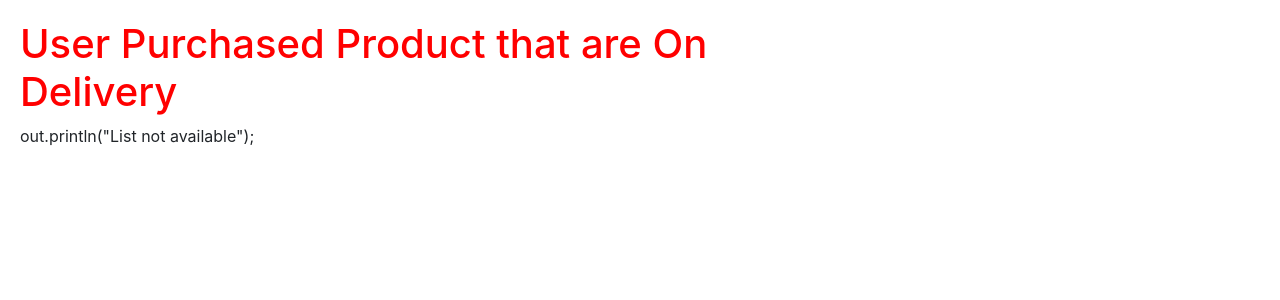
Repository: piyushj81/ComputerShop
Page: http://localhost/computershop/shopproductcontroller
The author's editor kept a copy of each file at every save. The page is drawn from the files as they stood at one save, then again after the next save.
The browser window is 1280 px wide. The pictures show the whole page.
The page is served by Tomcat 9. Other server files are loaded and not shown. Queries for data that is not in the repository find no rows.

Above is the page before, as saved 2021-10-15 10:56:47.

### computershop/WebContent/usershoppingdetails.jsp
<%@page import="com.shop.dto.Admin"%>
<%@page import="java.sql.DriverManager"%>
<%@page import="java.sql.Connection"%>
<%@page import="java.sql.PreparedStatement"%>
<%@page import="java.sql.ResultSet"%>
<%@page import="com.shop.dto.Customer"%>
<%@page import="com.shop.dto.Cart"%>
<%@page import="java.util.ArrayList"%>
<%@ page language="java" contentType="text/html; charset=ISO-8859-1"
    pageEncoding="ISO-8859-1"%>
<!DOCTYPE html>
<html>
<head>
<meta charset="ISO-8859-1">

<link rel="stylesheet" href="computershop.css">
<link rel="stylesheet"
	href="https://cdnjs.cloudflare.com/ajax/libs/font-awesome/4.7.0/css/font-awesome.min.css">
<link rel="stylesheet"
	href="https://cdn.jsdelivr.net/npm/bootstrap@4.5.3/dist/css/bootstrap.min.css"
	integrity="sha384-TX8t27EcRE3e/ihU7zmQxVncDAy5uIKz4rEkgIXeMed4M0jlfIDPvg6uqKI2xXr2"
	crossorigin="anonymous">
<script src="https://code.jquery.com/jquery-3.5.1.slim.min.js"
	integrity="sha384-DfXdz2htPH0lsSSs5nCTpuj/zy4C+OGpamoFVy38MVBnE+IbbVYUew+OrCXaRkfj"
	crossorigin="anonymous"></script>
<script
	src="https://cdn.jsdelivr.net/npm/bootstrap@4.5.3/dist/js/bootstrap.bundle.min.js"
	integrity="sha384-ho+j7jyWK8fNQe+A12Hb8AhRq26LrZ/JpcUGGOn+Y7RsweNrtN/tE3MoK7ZeZDyx"
	crossorigin="anonymous"></script>

<title>Shopping Details</title>
</head>
<body>

<h1 style="color:red;" >User Purchased Product that are On Delivery</h1>


<%
ArrayList<Admin> list2 = (ArrayList<Admin>) request.getAttribute("LIST");

		if (!(list2 != null) || !(list2.isEmpty())) {



		%>
			<table style="width:175%;text-align:center; color:yellow;"    class="table table-hover table-dark "   >
	<tr>
		<th>Product ID</th>
		<th>Phone</th>
		<th>Customer Name </th>
		<th>Pic</th>
		<th>Product Name</th>
		<th>Model</th>
		<th>Price</th>
		<th>Address</th>
		<th>City</th>
		<th>State</th>
		<th>Delete</th>

	</tr>
	<%
	for (Admin a : list2 ) {
	%>

	<tr>

		<td><%=a.getId() %></td>
		<td><%=a.getPhone() %></td>
		<td><%=a.getCname() %></td>
		<td> <img alt="" src="<%=a.getPic() %>" style ="max-height:50%; max-width:70%"> </td>
		<td><%=a.getPname() %></td>
		<td><%=a.getModel() %></td>
		<td><%=a.getPrice()  %></td>
		<td><%=a.getAddress() %></td>
		<td><%=a.getCity() %></td>
		<td><%=a.getState()%></td>
		<td><a class="btn btn-warning" href="deleteadminuser?cname=<%=a.getCname()%>&phone=<%=a.getPhone()%>" onclick="return confirm('Are you sure, Do you want to delete ')">DELETE ITEM</a></td>

</tr>

<%}	%>

</table>



	<%
}else {  %>
out.println("List not available");





<% }%>


</body>
</html>

### computershop/src/com/computershop/controller/shopproductcontroller.java
package com.computershop.controller;

import java.io.IOException;
import java.util.ArrayList;

import javax.servlet.RequestDispatcher;
import javax.servlet.ServletException;
import javax.servlet.annotation.WebServlet;
import javax.servlet.http.HttpServlet;
import javax.servlet.http.HttpServletRequest;
import javax.servlet.http.HttpServletResponse;

import com.shop.dto.Admin;

import com.shop.modeldao.CustomerModel;
@WebServlet("/shopproductcontroller")
public class shopproductcontroller extends HttpServlet {
	private static final long serialVersionUID = 1L;
	protected void doGet(HttpServletRequest request, HttpServletResponse response) throws ServletException, IOException {
		CustomerModel model = new CustomerModel();

		ArrayList<Admin> list  =	model.getshoppingDetails();
		RequestDispatcher rd = request.getRequestDispatcher("usershoppingdetails.jsp");
			request.setAttribute("LIST", list);
			rd.forward(request, response);


	}

	protected void doPost(HttpServletRequest request, HttpServletResponse response) throws ServletException, IOException {



	}

}

### computershop/src/com/shop/modeldao/CustomerModel.java
package com.shop.modeldao;

import java.sql.Connection;
import java.sql.DriverManager;
import java.sql.PreparedStatement;
import java.sql.ResultSet;
import java.util.ArrayList;

import com.shop.dto.Admin;
import com.shop.dto.Cart;
import com.shop.dto.Customer;
import com.shop.dto.Form;
import com.shop.dto.Product;
import com.shop.dto.Shop;

public class CustomerModel {
	public static Connection createConnection() {
		Connection con = null;

		try {

			Class.forName("com.mysql.jdbc.Driver");
			con = DriverManager.getConnection("jdbc:mysql://localhost:3306/shop", "root", "root");

		} catch (Exception e) {
			e.printStackTrace();

		}

		return con;

	}

	public int checkCustomerlogin(String user, String password) {
		Connection con = null;
		int i = 0;
		try {
			con = createConnection();
			PreparedStatement ps = con.prepareStatement("select * from customerlogin where username=? and password=?");
			ps.setString(1, user);
			ps.setString(2, password);
			ResultSet rs = ps.executeQuery();
			if (rs.next()) {
				i = 1;
			}
		} catch (Exception e) {
			e.printStackTrace();
		}
		return i;

	}

	public int admitCustomer(Customer cst) {
		int i = 0;
		Connection con = null;
		try {
			con = createConnection();
			PreparedStatement ps = con.prepareStatement("insert into customerlogin values(?, ?, ?)");
			ps.setString(1, cst.getPhone());
			ps.setString(2, cst.getName());
			ps.setString(3, cst.getPassword());
			i = ps.executeUpdate();

		} catch (Exception e) {
			e.printStackTrace();

		}

		return i;
	}

	public int checkadminlogin(String adminusername, String pwd) {
		int i = 0;
		Connection con = null;

		try {
			con = createConnection();
			PreparedStatement ps = con
					.prepareStatement("select * from adminlogin where adminusername=? and password=?");
			ps.setString(1, adminusername);
			ps.setString(2, pwd);
			ResultSet rs = ps.executeQuery();
			if (rs.next()) {
				i = 1;
			}
		} catch (Exception e) {
			e.printStackTrace();
		}

		return i;
	}

	public ArrayList<Product> getmouseDetails() {
		ArrayList<Product> list = new ArrayList<Product>();
		try {
			Connection con = createConnection();
			PreparedStatement ps = con.prepareStatement("select * from mouse");
			ResultSet rs = ps.executeQuery();
			while (rs.next()) {
				Product pt = new Product(rs.getString("id"), rs.getString("pname"), rs.getInt("model"),
						rs.getString("price"), rs.getString("pic"));
				list.add(pt);

			}

		} catch (Exception e) {
			e.printStackTrace();
		}

		return list;
	}

	public Product selectdatafrommouseincart(String id, String phone) {
		Product pt = null;
		Connection con = null;

		try {
			con = createConnection();

			PreparedStatement ps = con.prepareStatement("select * from mouse where id=?");
			ps.setString(1, id);

			ResultSet rs = ps.executeQuery();
			if (rs.next()) {
				pt = new Product(rs.getString("id"), rs.getString("pname"), rs.getInt("model"), rs.getString("price"),
						rs.getString("pic"));

			}
		} catch (Exception e) {
			e.printStackTrace();

		}
		return pt;
	}

	public int insertproductdata(Product pt, String id, String phone) {

		int i = 0;
		Connection con = null;
		try {
			con = createConnection();
			PreparedStatement ps = con.prepareStatement("insert into cart values(?,?,?,?,?,?)");
			ps.setString(1, phone);
			ps.setString(2, id);
			ps.setString(3, pt.getPname());
			ps.setInt(4, pt.getModel());
			ps.setString(5, pt.getPrice());
			ps.setString(6, pt.getPic());
			i = ps.executeUpdate();

		} catch (Exception e) {
			e.printStackTrace();

		}

		return i;
	}

	public ArrayList<Product> getusercartdetail(String phone) {
		Product pt = null;
		ArrayList<Product> list1 = new ArrayList<Product>();
		Connection con = null;
		try {
			con = createConnection();
			PreparedStatement ps = con.prepareStatement("select * from cart where phone=?");
			ps.setString(1, phone);
			ResultSet rs = ps.executeQuery();
			while (rs.next()) {

				pt = new Product(rs.getString("id"), rs.getString("pname"), rs.getInt("model"), rs.getString("price"),
						rs.getString("pic"));

				list1.add(pt);
			}

		} catch (Exception e) {
			e.printStackTrace();

		}
		return list1;
	}

	public int deleteitem(String id) {
		Connection con = null;
		int i = 0;
		try {
			con = createConnection();
			PreparedStatement ps = con.prepareStatement("delete  from cart where id=?");
			ps.setString(1, id);
			i = ps.executeUpdate();

		} catch (Exception e) {
			e.printStackTrace();
		}
		return i;
	}

	public ArrayList<Product> getusercartdetails(String phone) {
		Product pt = null;
		ArrayList<Product> list1 = new ArrayList<Product>();
		Connection con = null;
		try {
			con = createConnection();
			PreparedStatement ps = con.prepareStatement("select * from cart where phone=?");
			ps.setString(1, phone);
			ResultSet rs = ps.executeQuery();
			while (rs.next()) {

				pt = new Product(rs.getString("id"), rs.getString("pname"), rs.getInt("model"), rs.getString("price"),
						rs.getString("pic"));

				list1.add(pt);
			}

		} catch (Exception e) {
			e.printStackTrace();

		}
		return list1;
	}

	public ArrayList<Product> getmotherboardDetails() {
		ArrayList<Product> list = new ArrayList<Product>();
		try {
			Connection con = createConnection();
			PreparedStatement ps = con.prepareStatement("select * from motherboard");
			ResultSet rs = ps.executeQuery();
			while (rs.next()) {
				Product pt = new Product(rs.getString("id"), rs.getString("pname"), rs.getInt("model"),
						rs.getString("price"), rs.getString("pic"));
				list.add(pt);

			}

		} catch (Exception e) {
			e.printStackTrace();
		}

		return list;
	}

	public Product selectdatafrommotherboardincart(String id, String phone) {
		Product pt = null;
		Connection con = null;

		try {
			con = createConnection();

			PreparedStatement ps = con.prepareStatement("select * from motherboard where id=?");
			ps.setString(1, id);

			ResultSet rs = ps.executeQuery();
			if (rs.next()) {
				pt = new Product(rs.getString("id"), rs.getString("pname"), rs.getInt("model"), rs.getString("price"),
						rs.getString("pic"));

			}
		} catch (Exception e) {
			e.printStackTrace();

		}
		return pt;
	}

	public ArrayList<Product> getcpuDetails() {
		ArrayList<Product> list = new ArrayList<Product>();
		try {
			Connection con = createConnection();
			PreparedStatement ps = con.prepareStatement("select * from cpu");
			ResultSet rs = ps.executeQuery();
			while (rs.next()) {
				Product pt = new Product(rs.getString("id"), rs.getString("pname"), rs.getInt("model"),
						rs.getString("price"), rs.getString("pic"));
				list.add(pt);

			}

		} catch (Exception e) {
			e.printStackTrace();
		}

		return list;
	}

	public Product selectdatafromcpuincart(String id, String phone) {
		Product pt = null;
		Connection con = null;

		try {
			con = createConnection();

			PreparedStatement ps = con.prepareStatement("select * from cpu where id=?");
			ps.setString(1, id);

			ResultSet rs = ps.executeQuery();
			if (rs.next()) {
				pt = new Product(rs.getString("id"), rs.getString("pname"), rs.getInt("model"), rs.getString("price"),
						rs.getString("pic"));

			}
		} catch (Exception e) {
			e.printStackTrace();

		}
		return pt;
	}

	public ArrayList<Product> getmonitorDetails() {
		ArrayList<Product> list = new ArrayList<Product>();
		try {
			Connection con = createConnection();
			PreparedStatement ps = con.prepareStatement("select * from monitor");
			ResultSet rs = ps.executeQuery();
			while (rs.next()) {
				Product pt = new Product(rs.getString("id"), rs.getString("pname"), rs.getInt("model"),
						rs.getString("price"), rs.getString("pic"));
				list.add(pt);

			}

		} catch (Exception e) {
			e.printStackTrace();
		}

		return list;
	}

	public Product selectdatafrommonitorincart(String id, String phone) {
		Product pt = null;
		Connection con = null;

		try {
			con = createConnection();

			PreparedStatement ps = con.prepareStatement("select * from monitor where id=?");
			ps.setString(1, id);

			ResultSet rs = ps.executeQuery();
			if (rs.next()) {
				pt = new Product(rs.getString("id"), rs.getString("pname"), rs.getInt("model"), rs.getString("price"),
						rs.getString("pic"));

			}
		} catch (Exception e) {
			e.printStackTrace();

		}
		return pt;


	}

	public ArrayList<Product> getfanDetails() {
		ArrayList<Product> list = new ArrayList<Product>();
		try {
			Connection con = createConnection();
			PreparedStatement ps = con.prepareStatement("select * from fan");
			ResultSet rs = ps.executeQuery();
			while (rs.next()) {
				Product pt = new Product(rs.getString("id"), rs.getString("pname"), rs.getInt("model"),
						rs.getString("price"), rs.getString("pic"));
				list.add(pt);

			}

		} catch (Exception e) {
			e.printStackTrace();
		}

		return list;
	}

	public Product selectdatafromfanincart(String id, String phone) {
		Product pt = null;
		Connection con = null;

		try {
			con = createConnection();

			PreparedStatement ps = con.prepareStatement("select * from fan where id=?");
			ps.setString(1, id);

			ResultSet rs = ps.executeQuery();
			if (rs.next()) {
				pt = new Product(rs.getString("id"), rs.getString("pname"), rs.getInt("model"), rs.getString("price"),
						rs.getString("pic"));

			}
		} catch (Exception e) {
			e.printStackTrace();

		}
		return pt;




	}

	public ArrayList<Product> getramDetails() {
		ArrayList<Product> list = new ArrayList<Product>();
		try {
			Connection con = createConnection();
			PreparedStatement ps = con.prepareStatement("select * from ram");
			ResultSet rs = ps.executeQuery();
			while (rs.next()) {
				Product pt = new Product(rs.getString("id"), rs.getString("pname"), rs.getInt("model"),
						rs.getString("price"), rs.getString("pic"));
				list.add(pt);

			}

		} catch (Exception e) {
			e.printStackTrace();
		}

		return list;
	}

	public Product selectdatafromramincart(String id, String phone) {
		Product pt = null;
		Connection con = null;

		try {
			con = createConnection();

			PreparedStatement ps = con.prepareStatement("select * from ram where id=?");
			ps.setString(1, id);

			ResultSet rs = ps.executeQuery();
			if (rs.next()) {
				pt = new Product(rs.getString("id"), rs.getString("pname"), rs.getInt("model"), rs.getString("price"),
						rs.getString("pic"));

			}
		} catch (Exception e) {
			e.printStackTrace();

		}
		return pt;





			}

	public ArrayList<Product> getkeyboardDetails() {
		ArrayList<Product> list = new ArrayList<Product>();
		try {
			Connection con = createConnection();
			PreparedStatement ps = con.prepareStatement("select * from keyboard");
			ResultSet rs = ps.executeQuery();
			while (rs.next()) {
				Product pt = new Product(rs.getString("id"), rs.getString("pname"), rs.getInt("model"),
						rs.getString("price"), rs.getString("pic"));
				list.add(pt);

			}

		} catch (Exception e) {
			e.printStackTrace();
		}

		return list;
	}

	public Product selectdatafromkeyboardincart(String id, String phone) {
		Product pt = null;
		Connection con = null;

		try {
			con = createConnection();

			PreparedStatement ps = con.prepareStatement("select * from keyboard where id=?");
			ps.setString(1, id);

			ResultSet rs = ps.executeQuery();
			if (rs.next()) {
				pt = new Product(rs.getString("id"), rs.getString("pname"), rs.getInt("model"), rs.getString("price"),
						rs.getString("pic"));

			}
		} catch (Exception e) {
			e.printStackTrace();

		}
		return pt;

	}

	public ArrayList<Cart> showcartitemtoadmin() {

	 ArrayList<Cart> list2 = new ArrayList<Cart>();
	 try {
	  Connection con = createConnection();

	 PreparedStatement ps = con.prepareStatement("select * from cart");

	 ResultSet rs = ps.executeQuery();
		while (rs.next()) {
			Cart ct = new Cart(rs.getString("phone"),rs.getString("id"), rs.getString("pname"),rs.getInt("model"), rs.getString("price"),rs.getString("pic"));
			list2.add(ct);
		}
	 }catch(Exception e){
			e.printStackTrace();

		}


	return list2;

	}

	public int insertshoppingDetails(String id, String cname,Shop s) {
		int i=0;
		Connection con = null;
		try {
			con = createConnection();
			PreparedStatement ps =	con.prepareStatement("insert into shopping values(?,?,?,?,?,?,?,?,?,?,?)");
			ps.setString(1, id);
			ps.setString(2, s.getPhone());
			ps.setString(3, cname);
			ps.setString(4, s.getPic());
			ps.setString(5, s.getPname());
			ps.setInt(6, s.getModel());

			ps.setString(7, s.getPrice());
			ps.setString(8, null);
			ps.setString(9, null);
			ps.setString(10,null);

			ps.setString(11,null);

			i = ps.executeUpdate();

		} catch (Exception e) {
			e.printStackTrace();

	}
		return i;
	}

	public Shop selectshoppingDetailsfromcarttable(String id,String cname) {
		 Shop s = null;
		 Connection con = null;

		try {
			   con = createConnection();

			 PreparedStatement ps = con.prepareStatement("select * from cart where id=?");
			ps.setString(1, id);
			 ResultSet rs = ps.executeQuery();
				while (rs.next()) {
					s  = new Shop(rs.getString("id"),rs.getString("phone"), rs.getString("pname"),rs.getInt("model"), rs.getString("price"),rs.getString("pic"));

				}



			 }catch(Exception e){
					e.printStackTrace();

				}

			return s;
				}

	public int updatedetailsinshopping(Form f) {

		int i = 0;
		Connection con = null;
		try {
			con = createConnection();
			PreparedStatement ps = con.prepareStatement("update shopping set address=?, city=?,pincode=? ,state=?  where phone=?");
			ps.setString(1, f.getAddress());

			ps.setString(2, f.getCity());
			ps.setString(3, f.getPincode());
			ps.setString(4, f.getState());
			ps.setString(5, f.getPhone());
			i = ps.executeUpdate();





		} catch (Exception e) {
			e.printStackTrace();

		}
		return i;
	}

	public ArrayList<Admin> getshoppingDetails() {

		ArrayList<Admin> list = new ArrayList<Admin>();
		Connection con = null;

		try {
			con = createConnection();
			PreparedStatement ps = con.prepareStatement("select * from shopping");

			ResultSet rs = ps.executeQuery();

			while(rs.next())	{
				Admin a = new Admin(rs.getString("id"),rs.getString("phone"),rs.getString("cname"),rs.getString("pic"),rs.getString("pname"),rs.getInt("model"),rs.getString("price"),rs.getString("address"),rs.getString("city"),rs.getString("pincode"),rs.getString("state"));
				list.add(a);

			}
		}catch (Exception e) {

			e.printStackTrace();

		}


		return list;
}

	public int deleteproductinadmindelivery(String phone, String cname) {
		int i=0;
		Connection con = null;
		try {
			con = createConnection();
			PreparedStatement ps = con.prepareStatement("delete from shopping where phone=? and cname=?");
			ps.setString(1, phone);
			ps.setString(2, cname);




			i = ps.executeUpdate();


		} catch (Exception e) {
			e.printStackTrace();		}



		return i;
	}

	public ArrayList<Admin> getshoppingDetails(String phone) {


		ArrayList<Admin> list1 = new ArrayList<Admin>();
		Connection con = null;

		try {
			con = createConnection();
			PreparedStatement ps = con.prepareStatement("select * from shopping");

			ResultSet rs = ps.executeQuery();

			while(rs.next())	{
				Admin a = new Admin(rs.getString("id"),rs.getString("phone"),rs.getString("cname"),rs.getString("pic"),rs.getString("pname"),rs.getInt("model"),rs.getString("price"),rs.getString("address"),rs.getString("city"),rs.getString("pincode"),rs.getString("state"));
				list1.add(a);

			}
		}catch (Exception e) {

			e.printStackTrace();

		}


		return list1;
}


}

### computershop/WebContent/computershop.css
.left{
    margin: -21px auto;
    margin-left: -20px;
    padding: 9px;
    background-color: black;
    width: 178%;
}
.left a{
    text-decoration: none;
    color: white;
}
.left a:hover{
    background-color: red;
    text-decoration: none;
    color: white;
}
.left button{
    width: 9%;
}
.left button:hover{
    background-color: yellow;


}
.leftright{
    float: right;
}
.mid{
    text-decoration: none;
    height: 99px;
    background-color:black;
    display: block;
    width: 178%;
    margin: 22px auto;
    margin-left: -20px;
    top:20px;
    padding: 20px;
}
.right{
    position: absolute;

    right: 60px;
    top: 42%;
    display: inline-block;
    padding: 23px;
    width: 85%;
    height: 50%;
}
.navbar{
display: inline-block;
}
.navbar li{
    display: inline-block;
    font-size: 17px;

}
.navbar li a{
color:white;
text-decoration: none;
padding: 27px;
}
.navbar li a:hover{
    background-color:red;
    text-decoration: none;
    width:70px;
    }

.peripheral{
    color:red;

    width: 167%;

}
.image {
    height: 120%;
     width: 100%;


    }
.image a:hover{
    text-decoration: none;
    background-color: yellow;
    width:150%;
    color: tomato;
}

#myho:hover{
    height: 150px;
    width: 150px;

}

.footer{
    position: absolute;
background-color:  black;
margin-left: -20px;
bottom: -230px;
  width: 100%;
  height: 40%;
  padding: 10px;
}

.footerleft li{
    list-style-type: none;
}
.footerright li{
    list-style-type: none;
}

.footerleft li a{
    text-decoration: none;
    color: white;

}
.footerleft li a:hover{
background-color: red;
text-decoration: none;

}
.footerright li a{
    text-decoration: none;
    color: white;

}
.footerright li a:hover{
    background-color: red;
text-decoration: none;

}
.fa {
    padding: 10px;
    font-size: 70px;
    width: 72px;
    text-align: center;
    text-decoration: none;
    border-radius: 70%;
    background-color: #ffffff ;
}
.fa:hover{
    text-decoration: none;
    background-color: skyblue;

}


  body {
    font-family: Arial;
    margin: 0 auto; /* Center website */
    max-width: 800px; /* Max width */
    padding: 20px;
  }

  .heading {
    font-size: 25px;
    margin-right: 25px;
  }

  .fa {
    font-size: 100px;
  }

  .checked:hover {
      background-color: white;
    color: orange;
  }

   .pics{


    padding: 40px;
    width: 127%;
    margin-left: 300px;

  }
  .pics a{
    -webkit-font-smoothing: auto;
    text-decoration: none;
    color: black;

}
.pics a:hover{
    background-color: red;
    text-decoration: none;
    }
    .centrediv{

        margin-top: -2700px;
    }
    @import url('https://fonts.googleapis.com/css?family=Raleway:100,200,300,400,500,600,700,800,900&display=swap');
html,body {
    font-family: 'Raleway', sans-serif;
}
.thankyou-page ._header {
    background: #fee028;
    padding: 100px 30px;
    text-align: center;
    background: #fee028 url(https://codexcourier.com/images/main_page.jpg) center/cover no-repeat;
}
.thankyou-page ._header .logo {
    max-width: 200px;
    margin: 0 auto 50px;
}
.thankyou-page ._header .logo img {
    width: 100%;
}
.thankyou-page ._header h1 {
    font-size: 65px;
    font-weight: 800;
    color: white;
    margin: 0;
}
.thankyou-page ._body {
    margin: -70px 0 30px;
}
.thankyou-page ._body ._box {
    margin: auto;
    max-width: 80%;
    padding: 50px;
    background: white;
    border-radius: 3px;
    box-shadow: 0 0 35px rgba(10, 10, 10,0.12);
    -moz-box-shadow: 0 0 35px rgba(10, 10, 10,0.12);
    -webkit-box-shadow: 0 0 35px rgba(10, 10, 10,0.12);
}
.thankyou-page ._body ._box h2 {
    font-size: 32px;
    font-weight: 600;
    color: #4ab74a;
}
.thankyou-page ._footer {
    text-align: center;
    padding: 50px 30px;
}

.thankyou-page ._footer .btn {
    background: #4ab74a;
    color: white;
    border: 0;
    font-size: 14px;
    font-weight: 600;
    border-radius: 0;
    letter-spacing: 0.8px;
    padding: 20px 33px;
    text-transform: uppercase;
}

After the next save:
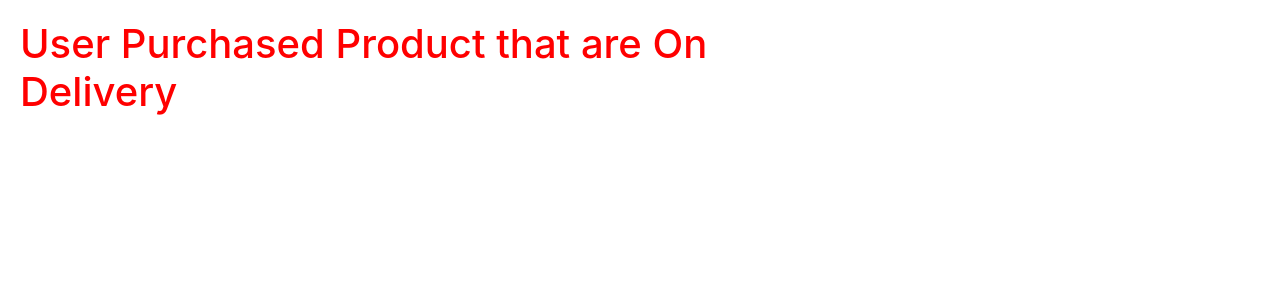
Saved 18 s later.
--- a/computershop/WebContent/usershoppingdetails.jsp
+++ b/computershop/WebContent/usershoppingdetails.jsp
@@ -84,7 +84,7 @@
 
 
 
-	<%
+
 }else {  %>
 out.println("List not available");
 

After the save that followed:
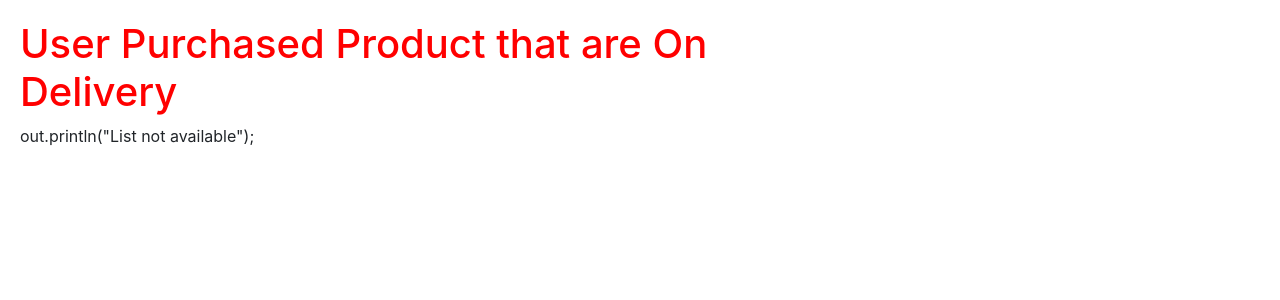
Saved 7 s later.
--- a/computershop/WebContent/usershoppingdetails.jsp
+++ b/computershop/WebContent/usershoppingdetails.jsp
@@ -84,7 +84,7 @@
 
 
 
-
+	<%
 }else {  %>
 out.println("List not available");
 
